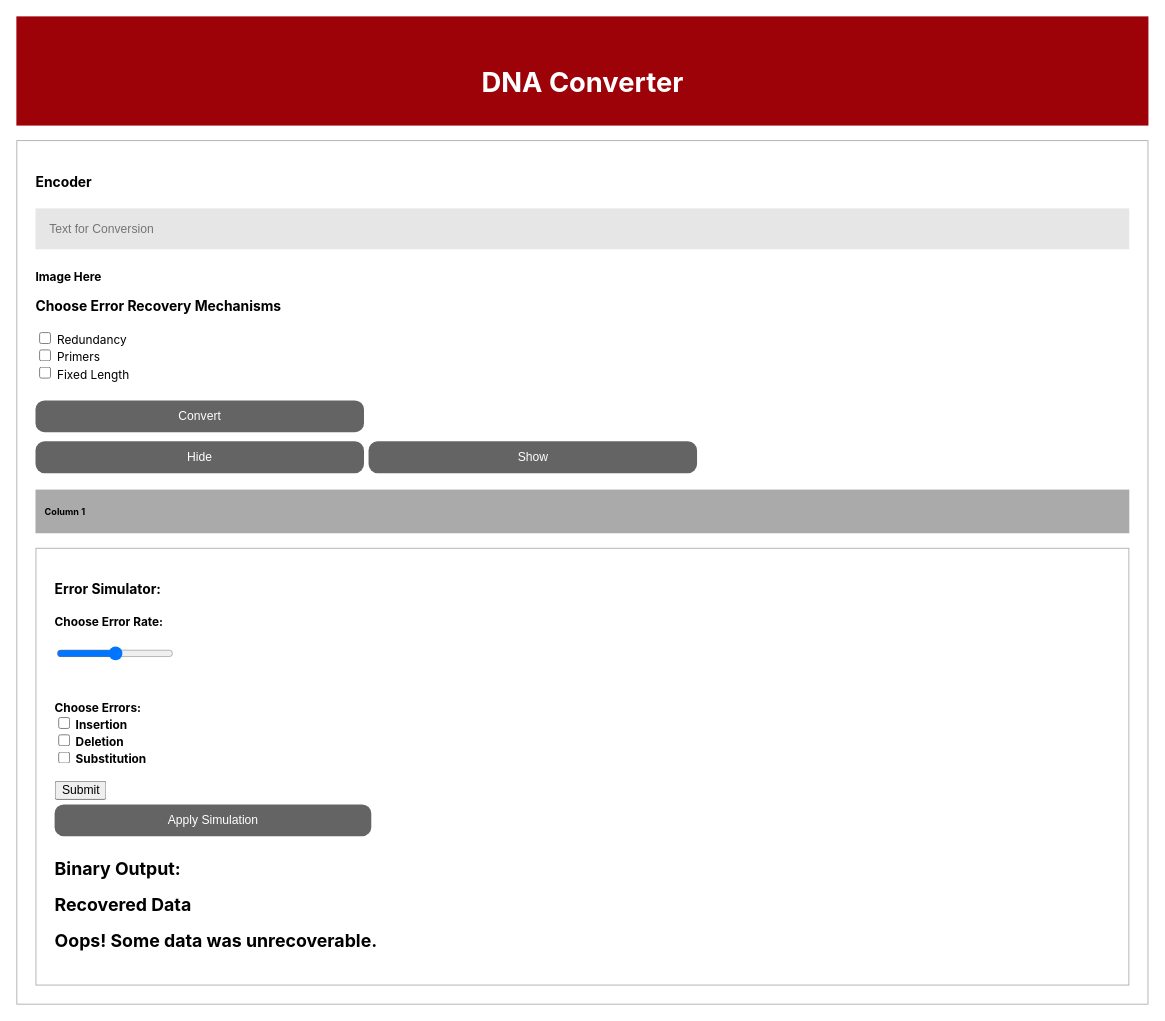
Repository: komalharjani/MSc-Thesis-DNA-Storage
Page: index.html
An editor plug-in stored every save of this project. The page is shown before and after a run of saves, followed by the edit.
The browser window is 1280 px wide. The pictures show the whole page, at 91% of full size.

Above is the page before, as saved 2020-08-16 22:28:57.

After the next 2 saves:
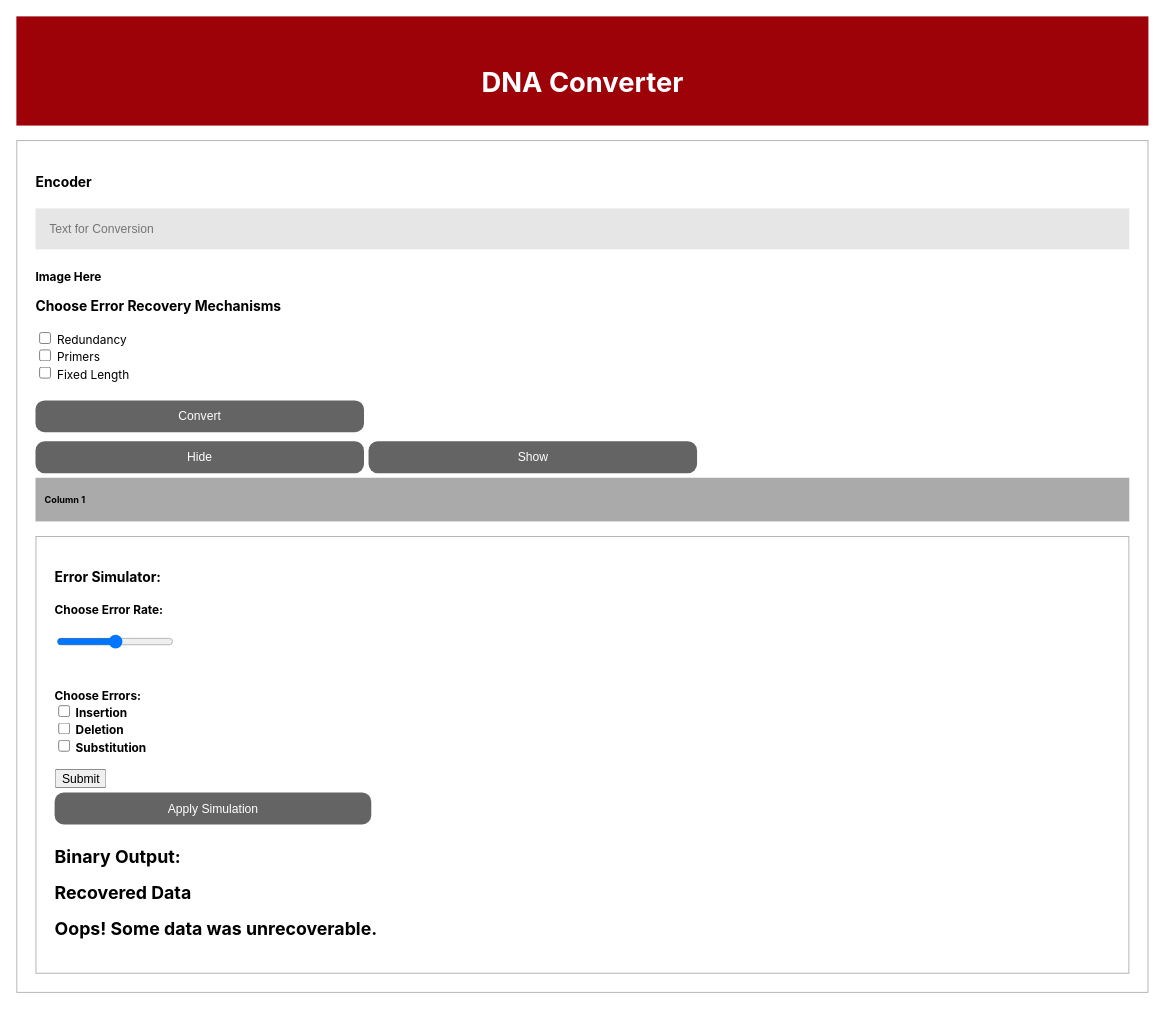
The 2 saves are shown as one change because they came seconds apart.
The last was saved 15 s later.
--- a/index.html
+++ b/index.html
@@ -32,9 +32,6 @@
 
             <button id="hide">Hide</button>
             <button id="show">Show</button>
-
-            <p id="dnaOutput"></p>
-
             <div class="row">
                 <div class="column" style="background-color:#aaa;">
                   <h2>Column 1</h2>
